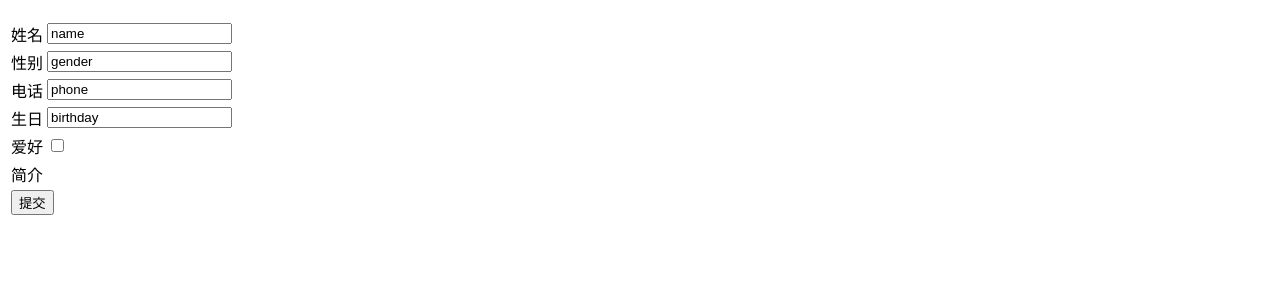
Repository: ChengqunYang/JAVA
Page: http://localhost/stu/add.jsp
An editor plug-in stored every save of this project. The page is shown before and after the next save, followed by the edit.
The browser window is 1280 px wide. The pictures show the whole page.
The page is served by Tomcat 9.

Above is the page before, as saved 2019-04-08 11:06:48.

After the next save:
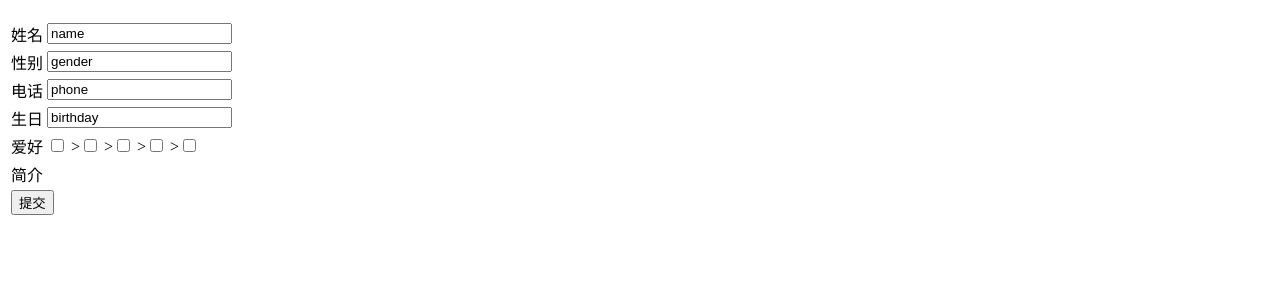
Saved 37 s later.
--- a/stu/WebContent/add.jsp
+++ b/stu/WebContent/add.jsp
@@ -27,7 +27,12 @@
 	</tr>
 	<tr>
 		<td>爱好</td>
-		<td><input type = "checkbox" value = "游泳"></td>
+		<td><input type = "checkbox" value = "游泳">
+		><input type = "checkbox" value = "篮球">
+		><input type = "checkbox" value = "足球">
+		><input type = "checkbox" value = "看书">
+		><input type = "checkbox" value = "写字">
+		</td>
 	</tr>
 	<tr>
 		<td>简介</td>
